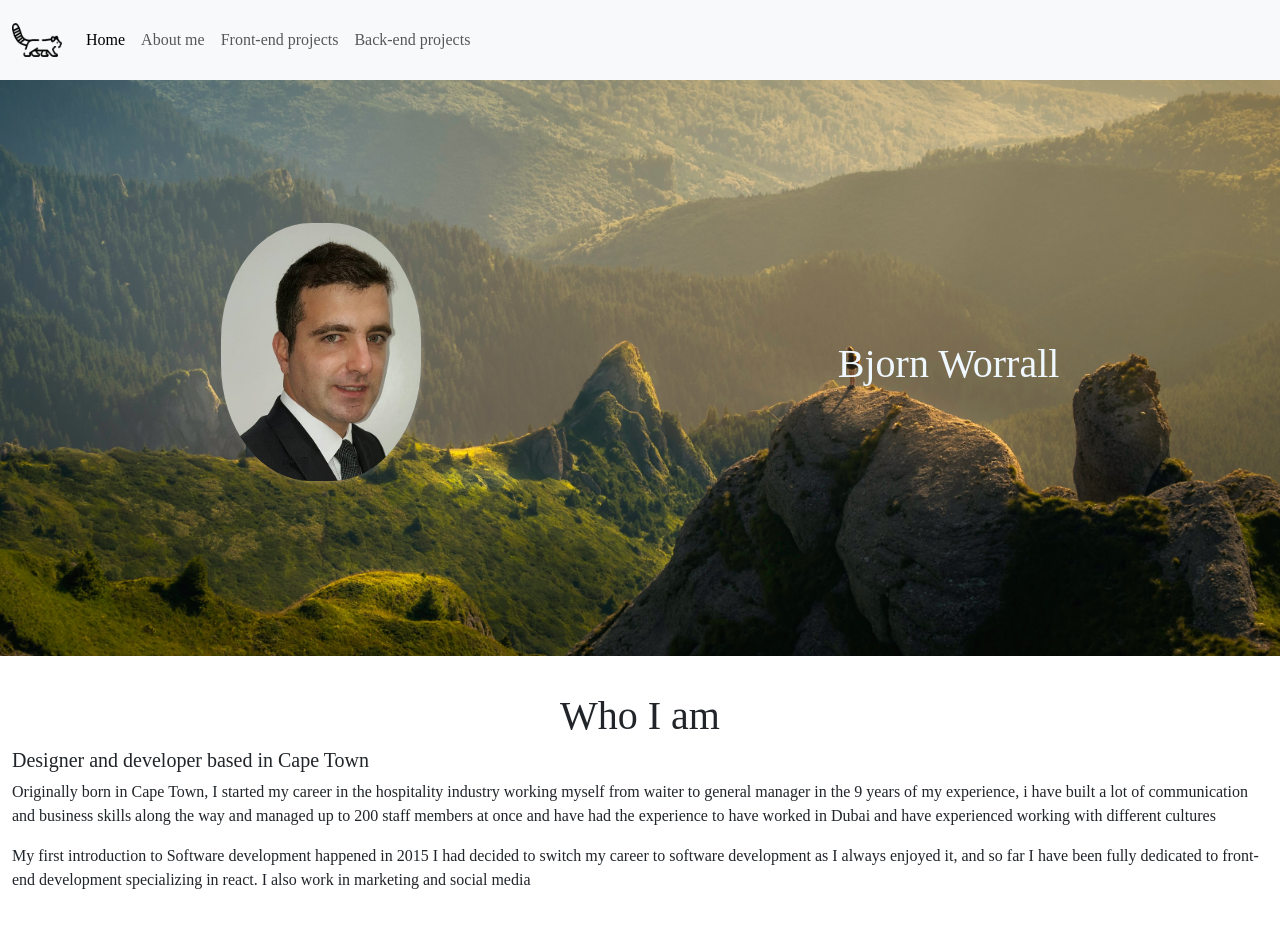
Repository: lasity34/portfolio
Page: index.html
These files come from the project's save history. The page is drawn as it stood at one moment and after the next save; the edit follows.
The browser window is 1280 px wide. The pictures show the whole page.
Backgrounds fixed to the window are drawn as part of the page. Some web fonts or font styles are not loaded; a fallback is used.

Above is the page before, as saved 2023-03-13 16:25:40.

After the next save:
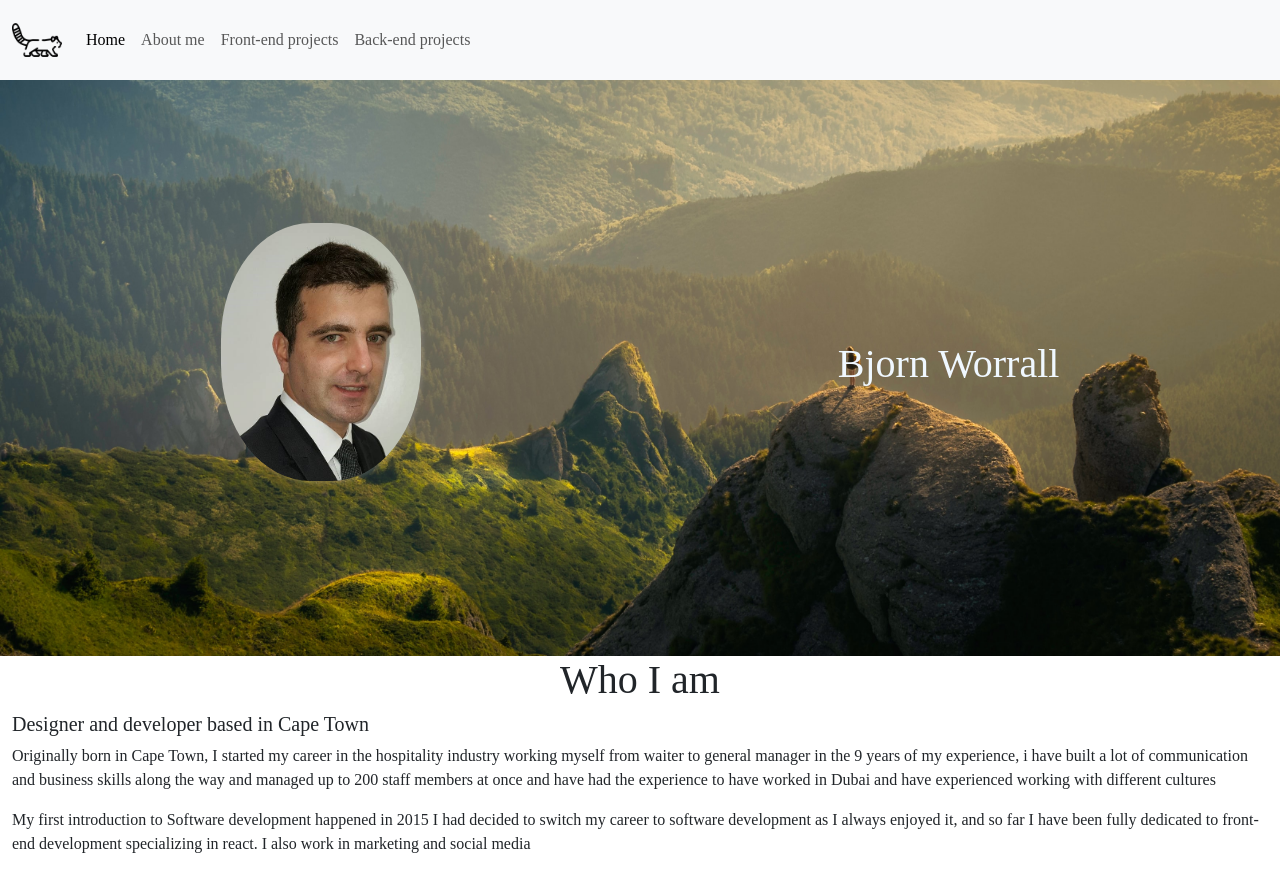
Saved 47 s later.
--- a/index.html
+++ b/index.html
@@ -55,7 +55,7 @@
         <h1>Bjorn Worrall</h1>
       </div>
     </section>
-    <section class="container-fluid general_container" id="about_me">
+    <section class="container-fluid about_container" id="about_me">
       <div>
         <h2>Who I am</h2>
         <h5>Designer and developer based in Cape Town</h5>
